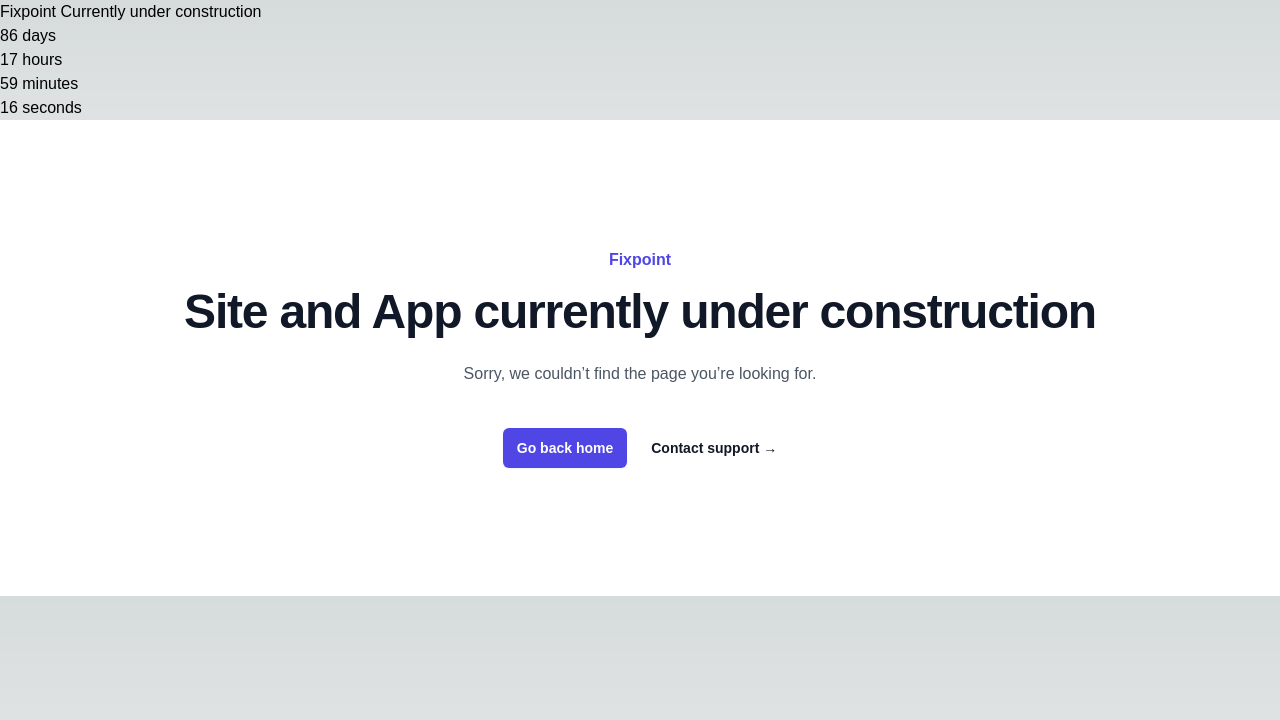
Repository: emorilebo/fixpoint_web
Page: /
The author's editor kept a copy of each file at every save. The page is drawn from the files as they stood at one save, then again after a run of saves.
The browser window is 1280 px wide. The pictures show the whole page.
The project was rebuilt for these pictures with package versions that can differ from the ones it lists, and the page was loaded fresh each time. The framework's server and built-in components were replaced by stand-ins that run in the browser. Also part of the build but not shown: next.config.js.

Above is the page before, as saved 2023-09-15 20:10:47.

After the next 2 saves:
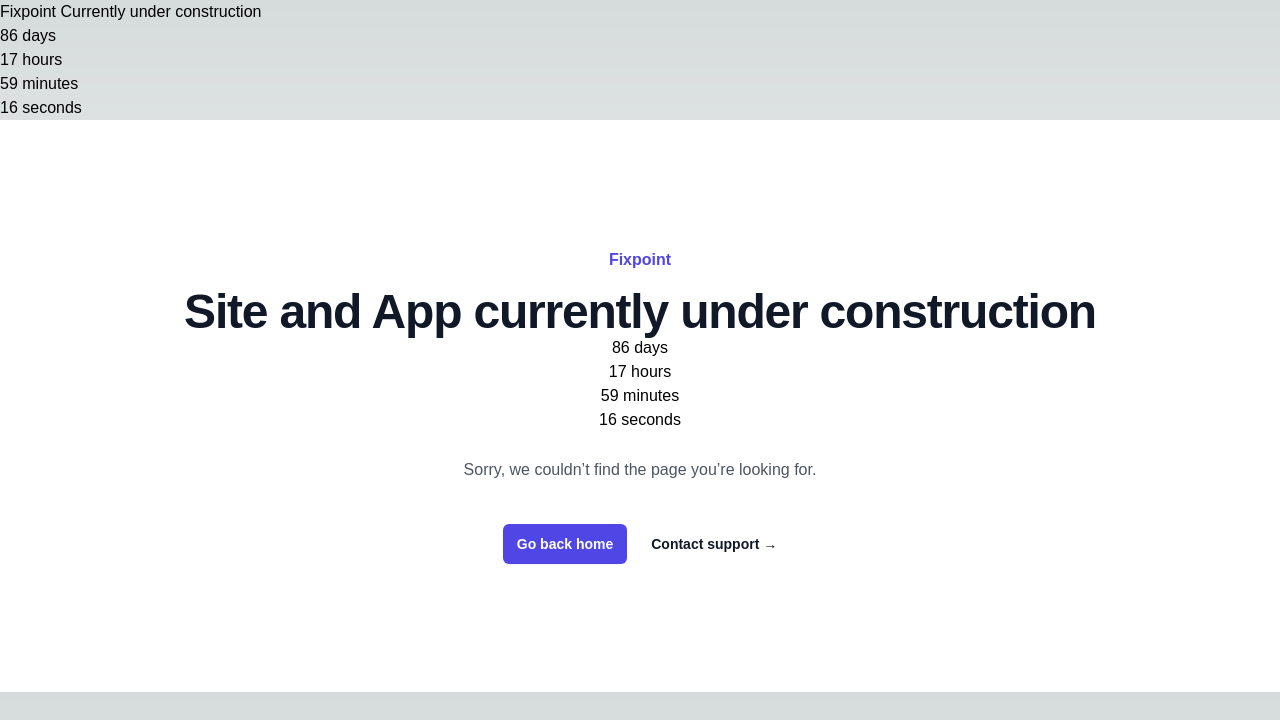
The 2 saves are shown as one change because they came seconds apart.
The last was saved 31 s later.
--- a/src/pages/index.tsx
+++ b/src/pages/index.tsx
@@ -13,6 +13,8 @@
         <div className="text-center">
           <p className="text-base font-semibold text-indigo-600">Fixpoint</p>
           <h1 className="mt-4 text-3xl font-bold tracking-tight text-gray-900 sm:text-5xl">Site and App currently under construction</h1>
+
+          <Countdown targetDate={targetDate} />
           <p className="mt-6 text-base leading-7 text-gray-600">Sorry, we couldn’t find the page you’re looking for.</p>
           <div className="mt-10 flex items-center justify-center gap-x-6">
             <a
